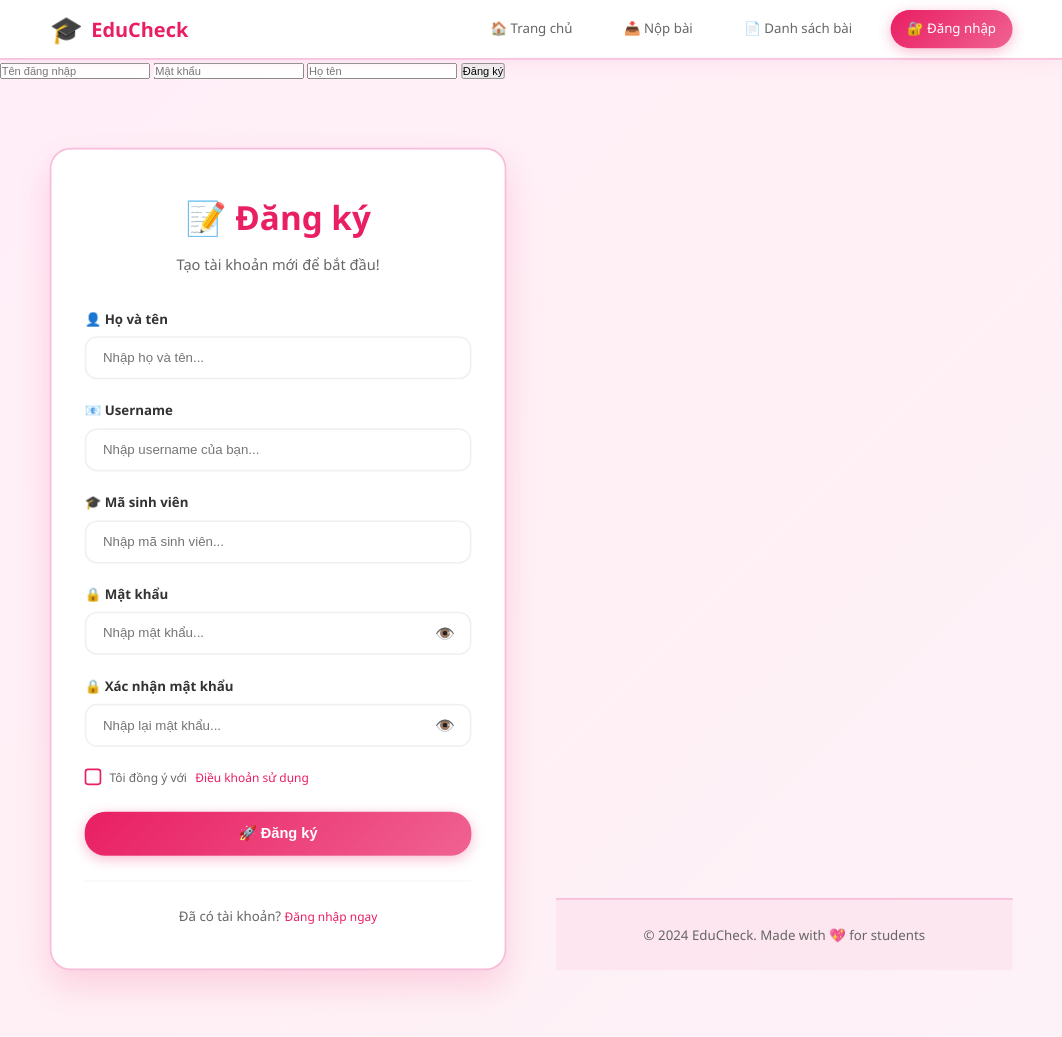
Repository: tuanloc782004/Plagiarism-Detection-System
Page: http://localhost/plagiarism-checker/register.jsp
An editor plug-in stored every save of this project. The page is shown before and after the next save, followed by the edit.
The browser window is 1280 px wide. The pictures show the whole page, at 83% of full size.
The page is served by Tomcat 9.

Above is the page before, as saved 2025-05-26 08:17:26.

After the next save:
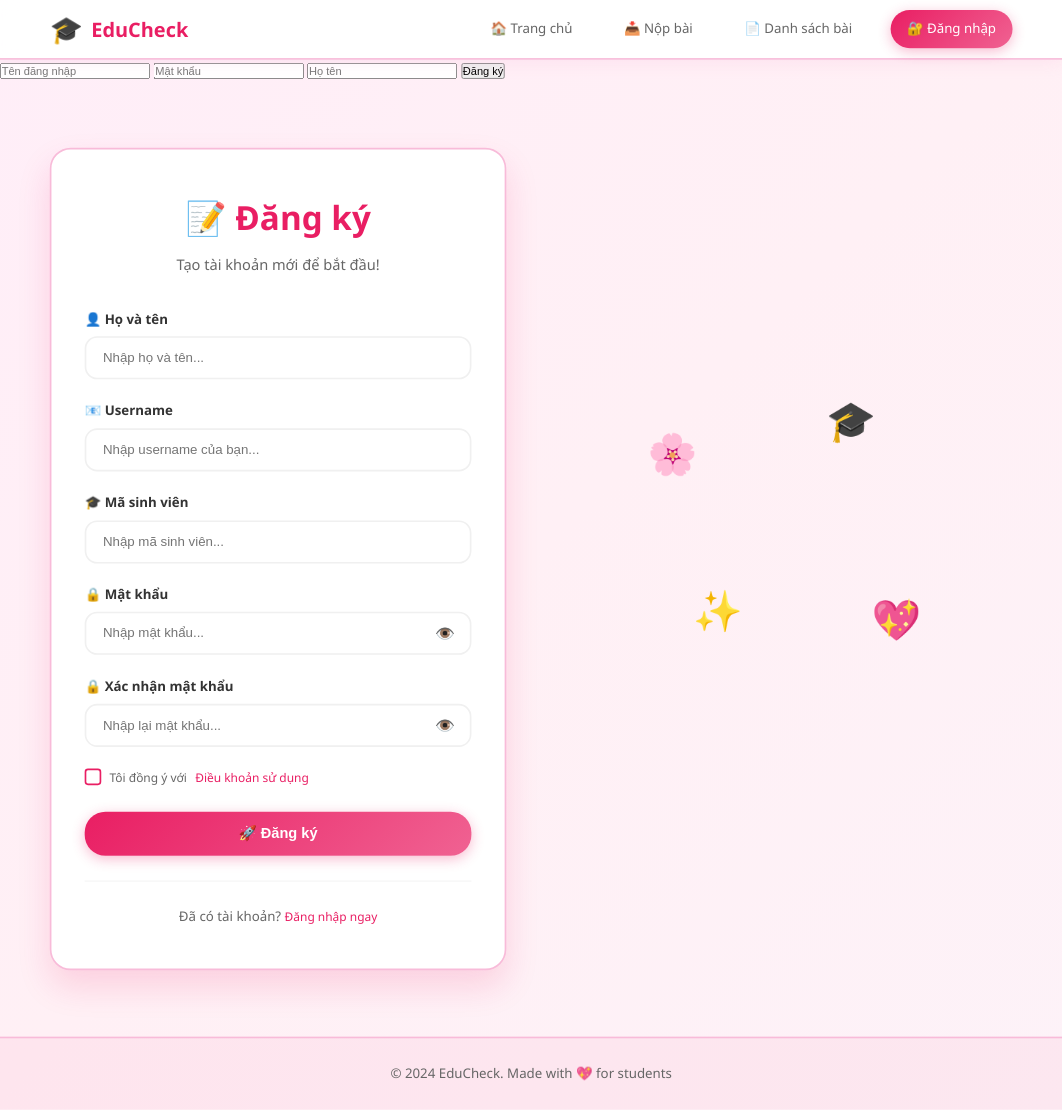
Saved 41 s later.
--- a/plagiarism-checker/src/main/webapp/register.jsp
+++ b/plagiarism-checker/src/main/webapp/register.jsp
@@ -122,12 +122,23 @@
 				</div>
 			</div>
 
-			<footer class="footer">
-				<div class="container">
-					<p>&copy; 2024 EduCheck. Made with 💖 for students</p>
+			<div class="auth-decoration">
+				<div class="floating-elements">
+					<div class="floating-icon">🌸</div>
+					<div class="floating-icon">💖</div>
+					<div class="floating-icon">✨</div>
+					<div class="floating-icon">🎓</div>
 				</div>
-			</footer>
+			</div>
+		</div>
+	</main>
 
-			<script src="assets/script.js"></script>
+	<footer class="footer">
+		<div class="container">
+			<p>&copy; 2024 EduCheck. Made with 💖 for students</p>
+		</div>
+	</footer>
+
+	<script src="assets/script.js"></script>
 </body>
 </html>
